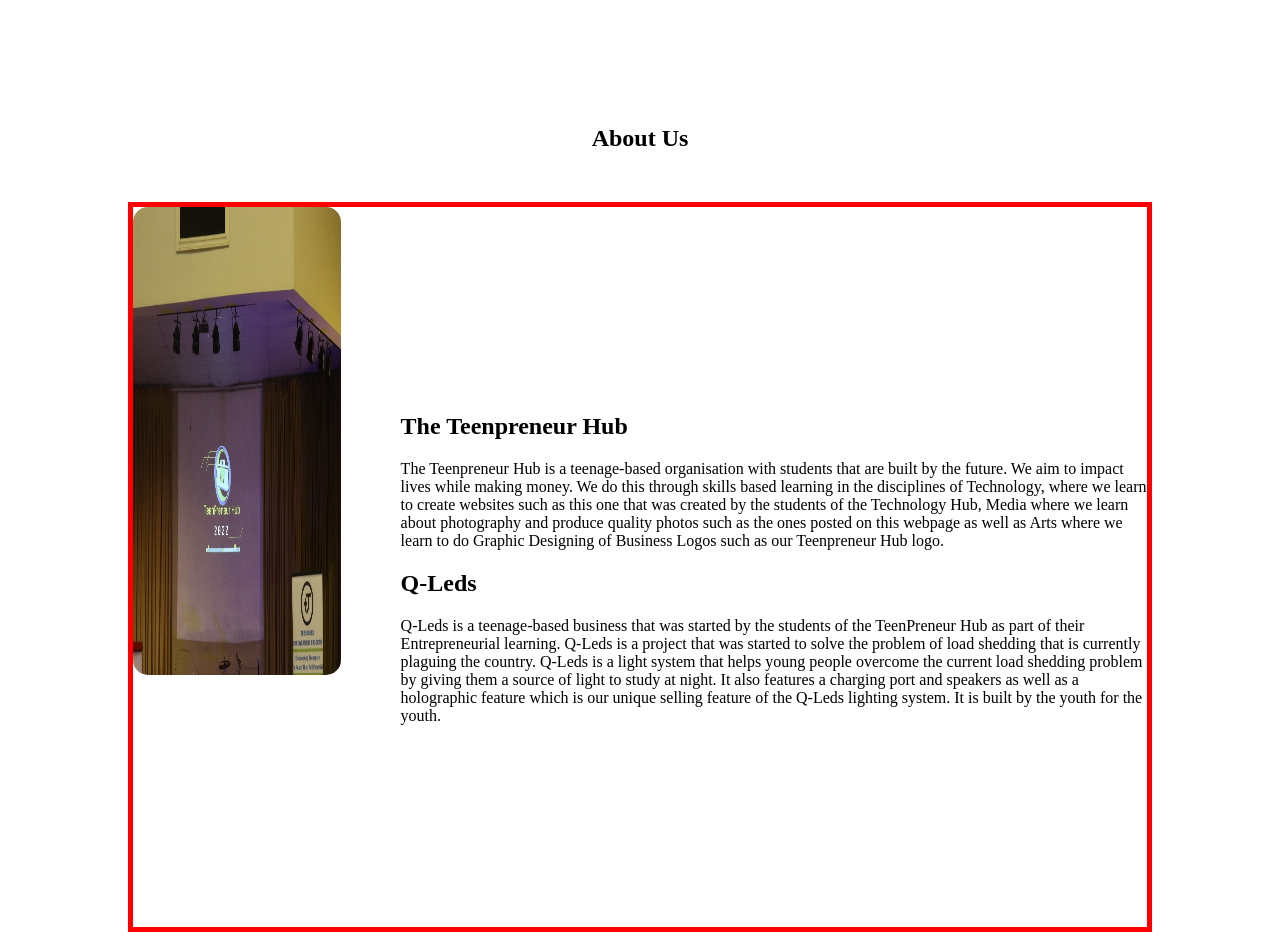
Repository: chadrackkyungu/4-BCT-TPH-Website
Page: index.html
The author's editor kept a copy of each file at every save. The page is drawn from the files as they stood at one save, then again after the next save.
The browser window is 1280 px wide. The pictures show the part of the page from y = 865 to 1817 px (the page is 2791 px tall).
A picture or video elsewhere on the page could not be fetched, so the positions and the page height are approximate.

Above is the page before, as saved 2022-10-21 09:20:36.

After the next save:
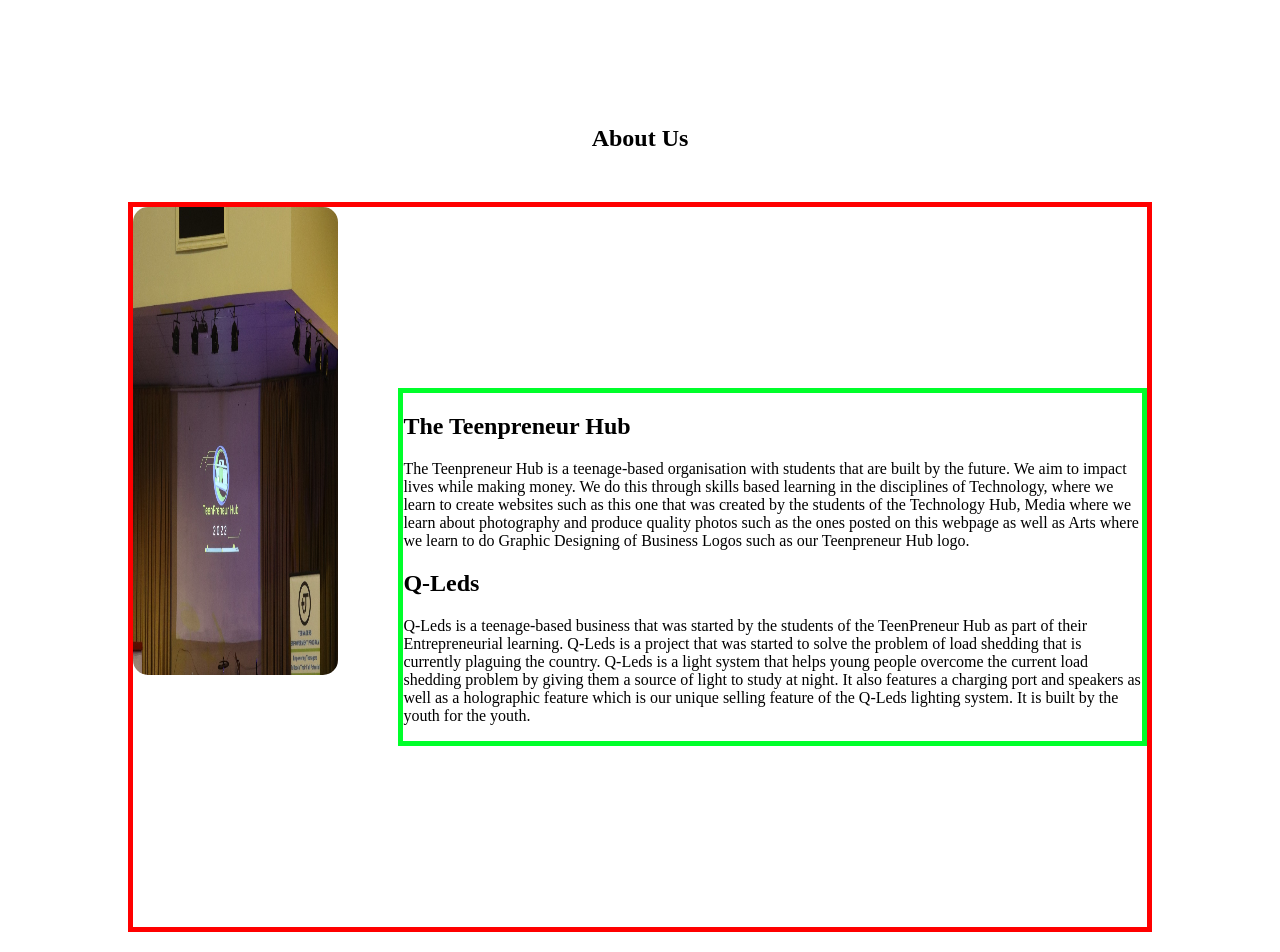
Saved 41 s later.
--- a/src/css/style.css
+++ b/src/css/style.css
@@ -70,6 +70,7 @@
 
 .contentcontainer {
     margin-left: 60px;
+    border: 5px solid #00ff2a;
 }
 
 .productcontainer {
